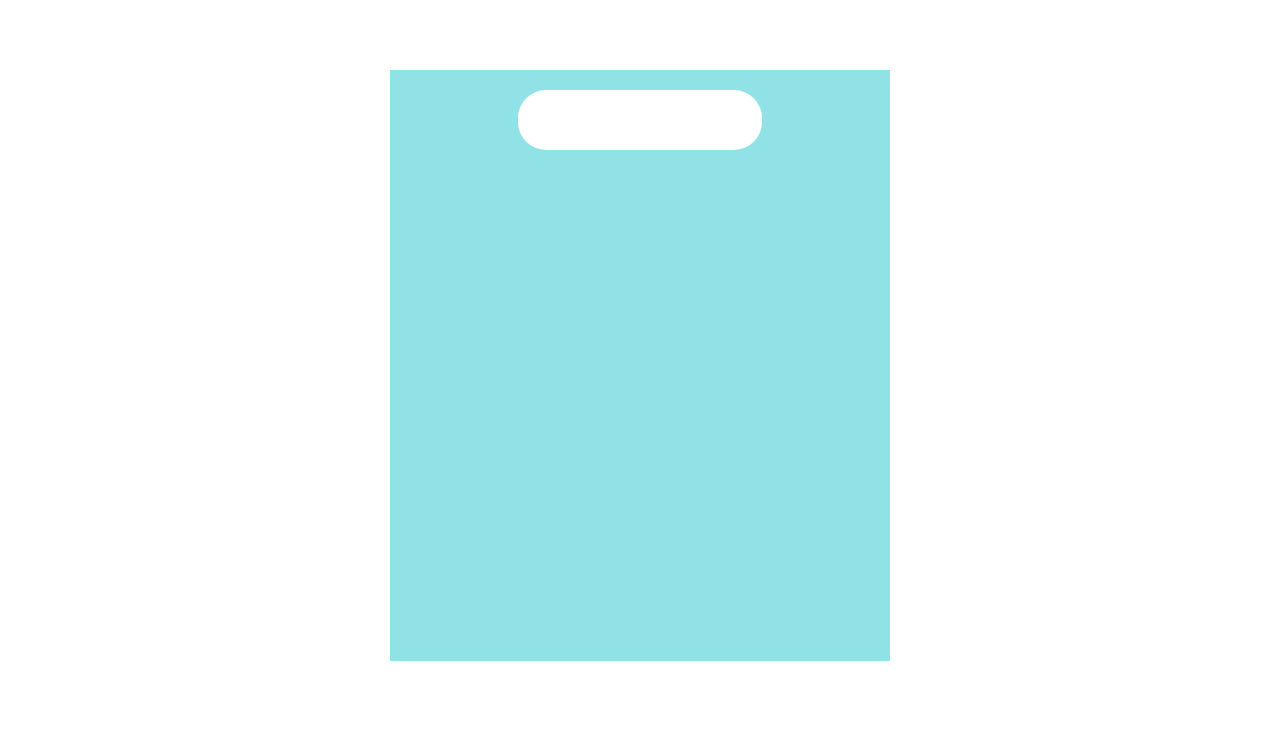
Repository: WajihaGul/Weather-App
Page: /
These files come from the project's save history. The page is drawn as it stood at one moment and after the next save; the edit follows.
The browser window is 1280 px wide. The pictures show the whole page.
The project was rebuilt for these pictures with package versions that can differ from the ones it lists, and the page was loaded fresh each time. Also part of the build but not shown: src/index.css.

Above is the page before, as saved 2024-05-29 18:02:45.

### public/index.html
<!DOCTYPE html>
<html lang="en">
  <head>
    <meta charset="utf-8" />
    <link rel="icon" href="%PUBLIC_URL%/favicon.ico" />
    <meta name="viewport" content="width=device-width, initial-scale=1" />
    <meta name="theme-color" content="#000000" />
    <meta
      name="description"
      content="Web site created using create-react-app"
    />
    <link rel="apple-touch-icon" href="%PUBLIC_URL%/logo192.png" />
    <!--
      manifest.json provides metadata used when your web app is installed on a
      user's mobile device or desktop. See https://developers.google.com/web/fundamentals/web-app-manifest/
    -->
    <link rel="stylesheet" href="https://cdnjs.cloudflare.com/ajax/libs/font-awesome/6.5.2/css/all.min.css" integrity="sha512-SnH5WK+bZxgPHs44uWIX+LLJAJ9/2PkPKZ5QiAj6Ta86w+fsb2TkcmfRyVX3pBnMFcV7oQPJkl9QevSCWr3W6A==" crossorigin="anonymous" referrerpolicy="no-referrer" />
    <link rel="manifest" href="%PUBLIC_URL%/manifest.json" />
    <!--
      Notice the use of %PUBLIC_URL% in the tags above.
      It will be replaced with the URL of the `public` folder during the build.
      Only files inside the `public` folder can be referenced from the HTML.

      Unlike "/favicon.ico" or "favicon.ico", "%PUBLIC_URL%/favicon.ico" will
      work correctly both with client-side routing and a non-root public URL.
      Learn how to configure a non-root public URL by running `npm run build`.
    -->
    <title>Weather App</title>
  </head>
  <body>
    <noscript>You need to enable JavaScript to run this app.</noscript>
    <div id="root"></div>
    <!--
      This HTML file is a template.
      If you open it directly in the browser, you will see an empty page.

      You can add webfonts, meta tags, or analytics to this file.
      The build step will place the bundled scripts into the <body> tag.

      To begin the development, run `npm start` or `yarn start`.
      To create a production bundle, use `npm run build` or `yarn build`.
    -->
  </body>
</html>

### src/App.js
import Weather from "./Components/Weather/Weather";
function App() {
  return <Weather />;
}

export default App;

### src/Components/Weather/Weather.jsx
import { TiWeatherCloudy } from "react-icons/ti";
import styles from "./Weather.module.css";
const Weather = () => {
  return (
    <>
      <div className={styles.divhead}>
        <div>
          <input className={styles.search} type="search" />
        </div>
        <div></div>
      </div>
    </>
  );
};

export default Weather;

### src/Components/Weather/Weather.module.css
.divhead{
    height: 591px;
    width: 500px;
    background-color:#91e2e6;
    margin: 0 auto;
    margin-top: 70px;
    margin-bottom: 70px;
    display: flex;
    flex-direction: column;
    align-items: center;
}
.search{
    margin-top: 20px;
    width: 244px;
    height: 60px;
    border: none;
    border-radius: 28px;
}

Loaded but not shown: src/index.js (common file); src/reportWebVitals.js (common file)

After the next save:
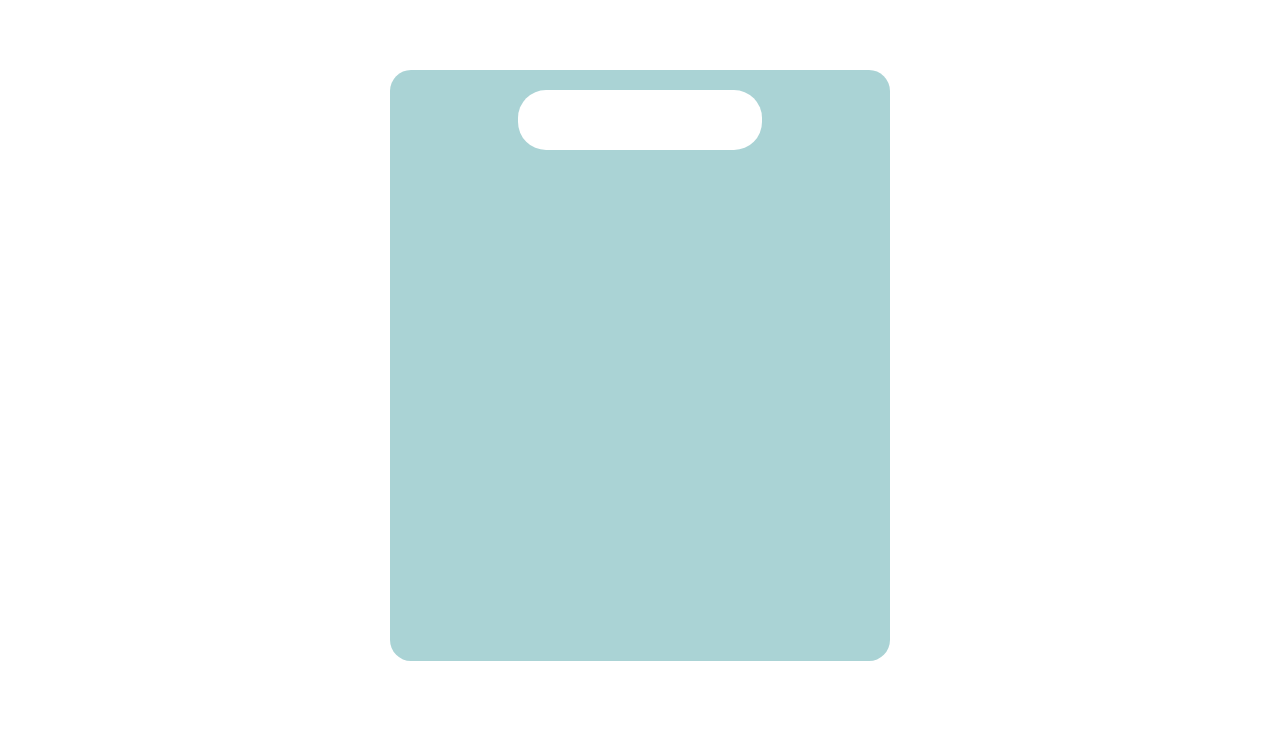
Saved 4 min 15 s later.
--- a/src/Components/Weather/Weather.module.css
+++ b/src/Components/Weather/Weather.module.css
@@ -1,13 +1,14 @@
 .divhead{
-    height: 591px;
+        height: 591px;
     width: 500px;
-    background-color:#91e2e6;
+    background-color: #aad3d5;
     margin: 0 auto;
     margin-top: 70px;
     margin-bottom: 70px;
     display: flex;
     flex-direction: column;
     align-items: center;
+    border-radius: 21px;
 }
 .search{
     margin-top: 20px;
